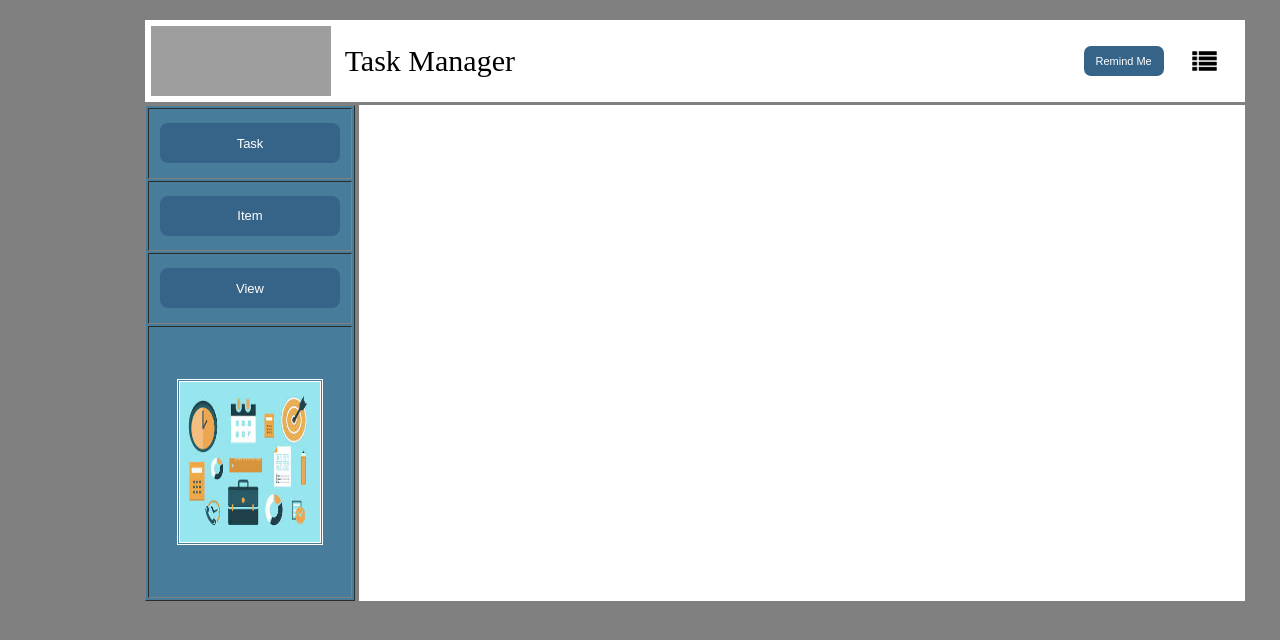
Repository: SnehaSalvi/TaskManagerProject
Page: http://localhost/TaskManagerChecklist/Home.jsp
The author's editor kept a copy of each file at every save. The page is drawn from the files as they stood at one save, then again after the next save.
The browser window is 1280 px wide. The pictures show the whole page.
Pictures or frames that could not be fetched are drawn as grey boxes. The page is served by Tomcat 9. Other server files are loaded and not shown.

Above is the page before, as saved 2016-10-13 11:32:43.

### TaskManagerChecklist/WebContent/Home.jsp
<%@ page language="java" contentType="text/html; charset=ISO-8859-1" pageEncoding="ISO-8859-1"%>
<!DOCTYPE html PUBLIC "-//W3C//DTD HTML 4.01 Transitional//EN" "http://www.w3.org/TR/html4/loose.dtd">
<html>
<head>
<meta http-equiv="Content-Type" content="text/html; charset=ISO-8859-1">
<title>Insert title here</title>
<link href="home.css" type="text/css" rel="stylesheet"/>
</head>
<body>
<form>
	<table id="table1">
		<tr>
			<td id="td1">
				<img id="banner" src="images/banner.jpg"/>
			</td>
			<td id="td_blank">
			</td>
			<td id="td2">
				Task Manager
			</td>
			<td id="td3" align="center">
				<input type="button" name="remind" id="button1" value="Remind Me"/>
			</td>
			<td id="td4" align="center">
				<img id="list" src="images/list.png"/>
			</td>
		</tr>
	</table>
	<table></table>
	<table>
		<tr>
			<td>
				<table id="table2" border="1">
					<tr>
						<td id="#td5" align="center">
							<input type="button" name="task" id="button2" value="Task"/>
						</td>
					</tr>
					<tr>
						<td align="center">
							<input type="button" name="item" id="button2" value="Item"/>
						</td>
					</tr>
					<tr>
						<td align="center">
							<input type="button" name="view" id="button2" value="View"/>
						</td>
					</tr>
					<tr>
						<td rowspan="7" align="center">
							<img id="img1" src="images/menu.jpg"/>
						</td>
					</tr>
				</table>
			</td>
			<td>
				<table id="table3">
					<tr>
						<td id="#td6">
						</td>
					</tr>
				</table>
			</td>
		</tr>
	</table>
</form>
<!--<form action="Hello">
Name:<input type="text" name="user"/>
<input type="submit" value="go"/>
</form>-->
</body>
</html>

### TaskManagerChecklist/WebContent/home.css
body
{
	background-position: center;
	background-color:gray;
	margin-left: 140px;
	margin-top: 20px;
	margin-right: 120px;
	margin-bottom: 20px;
	background-repeat: no-repeat;
}
#table1
{
	margin-left:5px;
	background-color:white;
	background-position: center;
	height: 76px;
	width:1100px;

}
#table2
{
	margin-left:2px;
	background-color:#477d9a;
	background-position: center;
	height: 496px;
	width:210px;


}
#table3
{
	background-color:white;
	background-position: center;
	height: 496px;
	width:886px;

}
#table4
{

	background-position: center;
	height: 497px;
	width:1100px;
}
#table5
{
	width:200px;
}
img
{
	border-style:double;
	border-color: white;
}
tr
{

}
#div1
{
	width: 600px;
	height: 400px;
}
#td1
{
	width:185px;
	height:75px;
	background-color:
}
#td2
{
	width:735px;
	height:75px;
	font-family: serif;
	font-size: 30px;
	font-style: inherit;

}
#td3
{
	width:80px;
	height:75px;
}
#td4
{
	width:30x;
	height:75px;
}
#td_blank
{
	width:100x;
	height:75px;
}

#td6
{
	width:1050x;
	height:495px;


}
#banner
{

	width: 180px;
	height: 70px;
}
#list
{

	width: 25px;
	height: 20px;
}
#img1
{

	width: 140px;
	height: 160px;
}
#button1
{
    height: 30px;
    width: 80px;
    border-radius: 7px;
    border: 1px solid #000;
    font-family: sans-serif;
    background-color:#366489;
    color:white;
    font-size: 11px;
    border: 0;
}
#button2
{
    height: 40px;
    width: 180px;
    border-radius: 8px;
    border: 1px solid #000;
    font-family:sans-serif;
    font-size: 13px;
   background-color:#366489;
   color:white;
    border: 0;
}
#div3
{
	width: 510px;
	height: 350px;
}

After the next save:
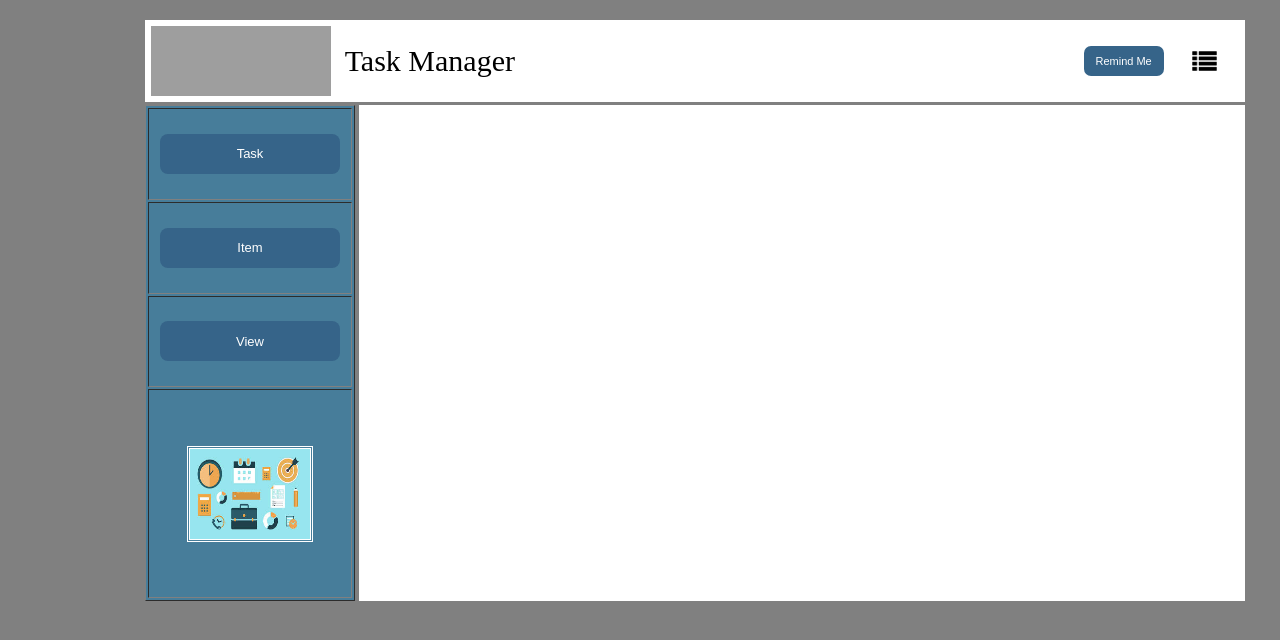
Saved 29 s later.
--- a/TaskManagerChecklist/WebContent/home.css
+++ b/TaskManagerChecklist/WebContent/home.css
@@ -113,8 +113,8 @@ tr
 #img1
 {
 
-	width: 140px;
-	height: 160px;
+	width: 120px;
+	height: 90px;
 }
 #button1
 {
